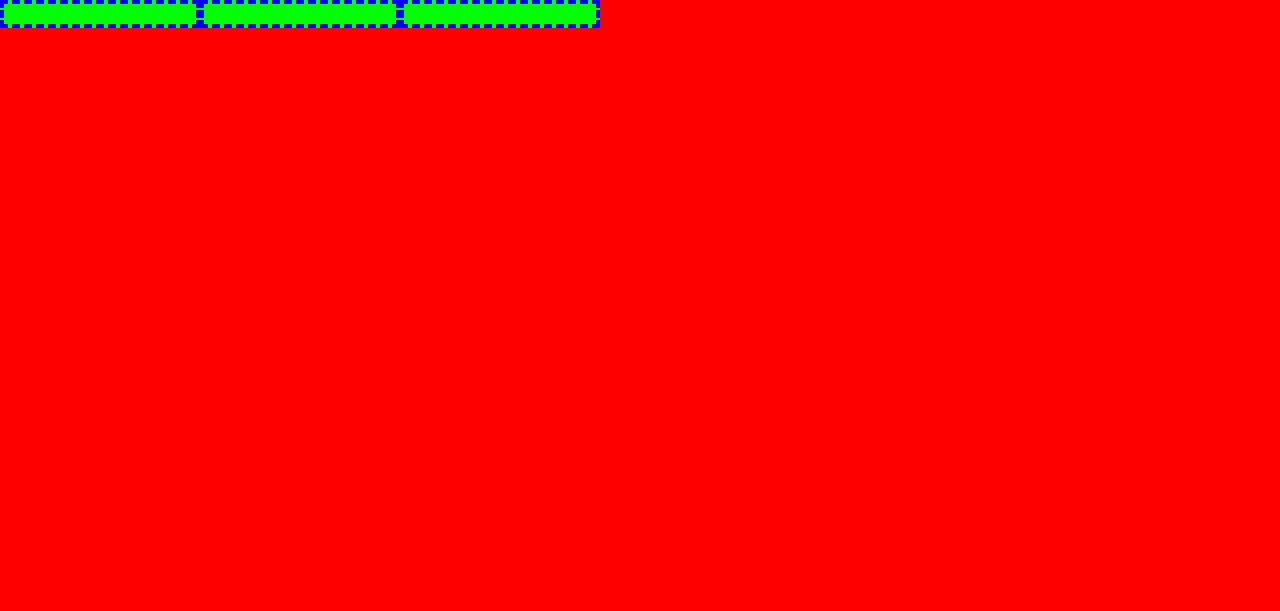
Repository: simonekurtz/simonekurtz.github.io
Page: CLASS3_CSS Cont/CSS_Cont.html
The author's editor kept a record of every edit. The page is drawn from the files as they stood at one moment, then again after the next edit.
The browser window is 1280 px wide. The pictures show the whole page.

Above is the page before.

After the next edit:
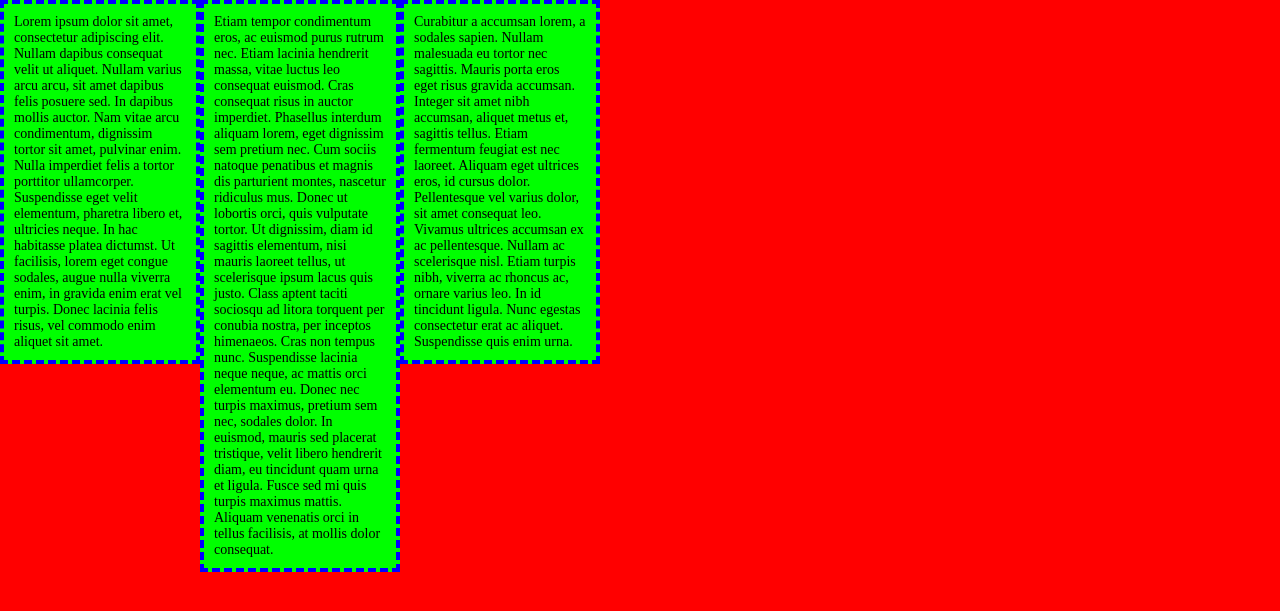
The edit:
--- a/CLASS3_CSS Cont/style.css
+++ b/CLASS3_CSS Cont/style.css
@@ -26,6 +26,8 @@
     border: 4px dashed blue;
     display: inline-block;
     vertical-align: top;
+    font-size: 14px;
+
 }
 
 /*.box {
